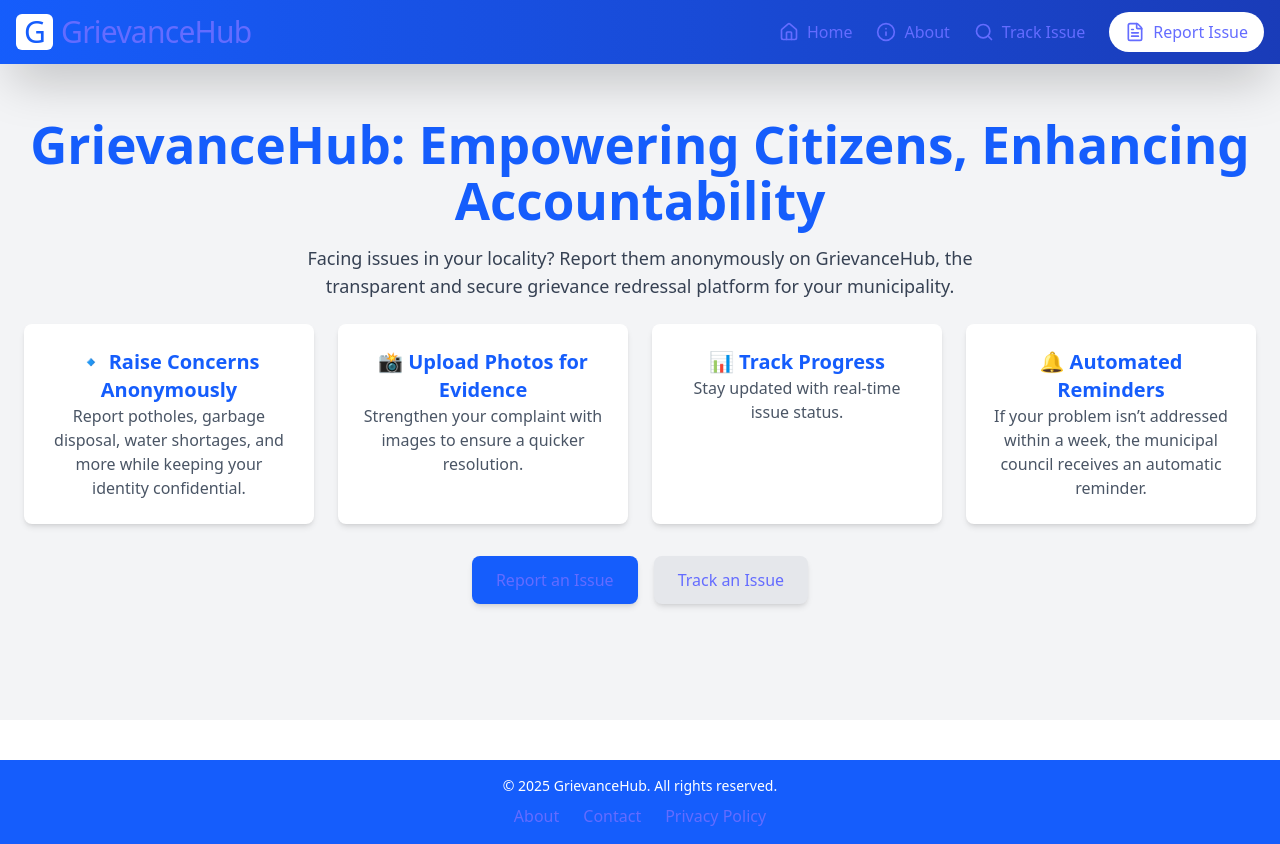
Repository: Aishi4/Grievance-Hub
Page: / (app in my-vite-Griv/)
The author's editor kept a copy of each file at every save. The page is drawn from the files as they stood at one save, then again after the next save.
The browser window is 1280 px wide. The pictures show the whole page.
The project was rebuilt for these pictures with package versions that can differ from the ones it lists, and the page was loaded fresh each time. Also part of the build but not shown: my-vite-Griv/vite.config.js, my-vite-Griv/src/ReportSubmit.jsx, my-vite-Griv/src/Report.jsx, my-vite-Griv/src/App.jsx.

Above is the page before, as saved 2025-03-27 20:23:34.

After the next save:
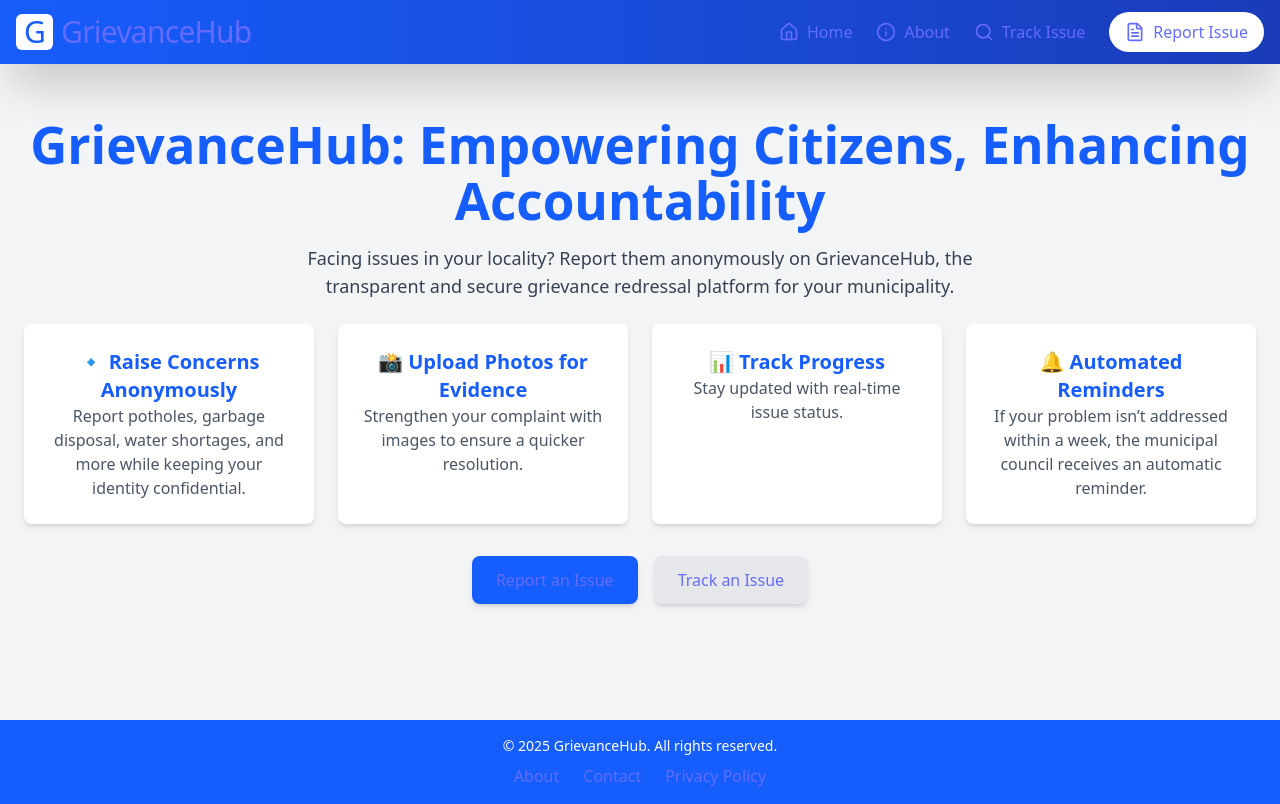
Saved 10 s later.
--- a/my-vite-Griv/src/Footer.jsx
+++ b/my-vite-Griv/src/Footer.jsx
@@ -1,6 +1,6 @@
 const Footer = () => {
     return (
-      <footer className="bg-blue-600 text-white py-4 mt-10 text-center">
+      <footer className="bg-blue-600 text-white py-4  text-center">
         <div className="container mx-auto">
           <p className="text-sm">&copy; {new Date().getFullYear()} GrievanceHub. All rights reserved.</p>
           <div className="flex justify-center space-x-6 mt-2">
